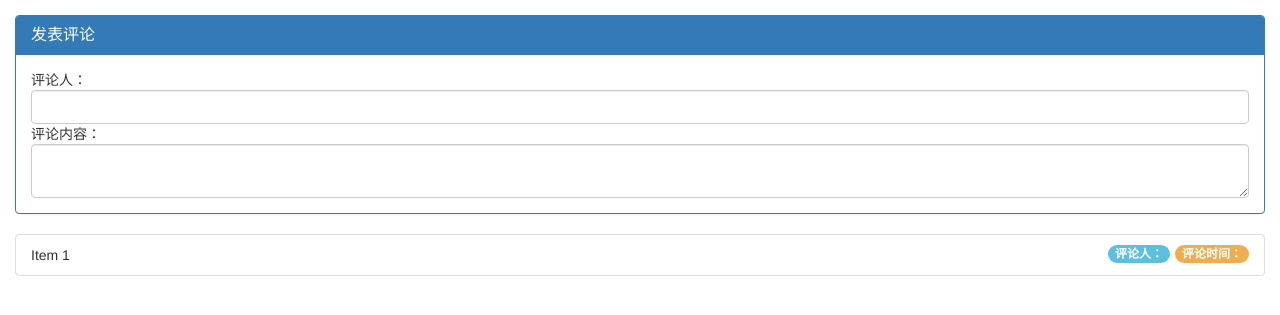
Repository: Bluesouls/eliauk.github.io
Page: Ajax学习笔记/day02/01案例-评论列表.html
The author's editor kept a copy of each file at every save. The page is drawn from the files as they stood at one save, then again after the next save.
The browser window is 1280 px wide. The pictures show the whole page.
The page's requests for data from a server got no answer. Some web libraries are served in a nearby version.

Above is the page before, as saved 2022-04-30 16:03:27.

### Ajax学习笔记/day02/01案例-评论列表.html
<!DOCTYPE html>
<html lang="en">

<head>
  <meta charset="UTF-8">
  <meta http-equiv="X-UA-Compatible" content="IE=edge">
  <meta name="viewport" content="width=device-width, initial-scale=1.0">
  <title>评论列表</title>
  <link rel="stylesheet" href="http://cdn.bootcss.com/bootstrap/3.3.4/css/bootstrap.min.css">
  <script src="https://apps.bdimg.com/libs/jquery/2.1.4/jquery.min.js"></script>
  <script src="./js/cmt.js"></script>
</head>

<body style="padding: 15px ">

  <div class="panel panel-primary">
    <div class="panel-heading">
      <h3 class="panel-title">发表评论</h3>
    </div>
    <div class="panel-body">
      <div>评论人：</div>
      <input type="text" class="form-control">
      <div>评论内容：</div>
      <textarea class="form-control"></textarea>
    </div>
  </div>

  <ul class="list-group">
    <li class="list-group-item">
      <span class="badge" style="background-color: #f0ad4e;">评论时间：</span>
      <span class="badge" style="background-color: #5bc0de;">评论人：</span>
      Item 1
    </li>
  </ul>

</body>

</html>

### Ajax学习笔记/day02/js/cmt.js
$(function () {

  function getCmtList() {
    $.get("http://www.liulongbin.top:3006/api/cmtlist", function (res) {
      // console.log(res)
      if (res.status === 200) {

      }
    })
  }

  getCmtList()
})

After the next save:
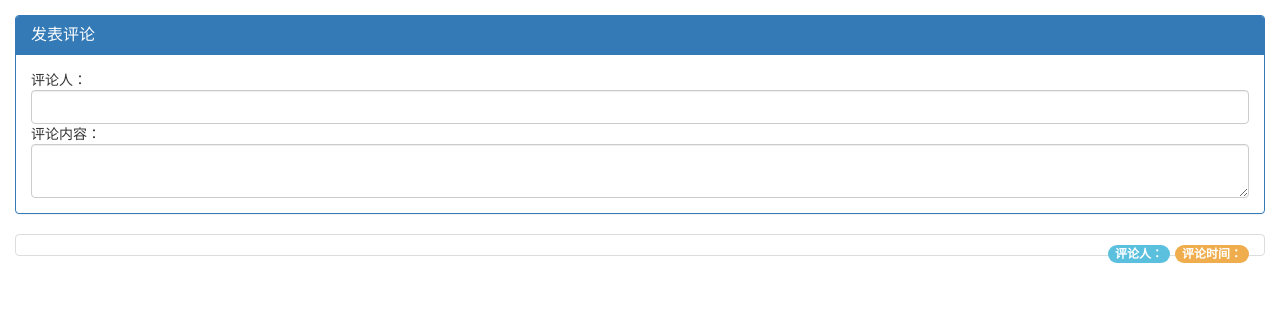
Saved 39 s later.
--- a/Ajax学习笔记/day02/01案例-评论列表.html
+++ b/Ajax学习笔记/day02/01案例-评论列表.html
@@ -29,7 +29,6 @@
     <li class="list-group-item">
       <span class="badge" style="background-color: #f0ad4e;">评论时间：</span>
       <span class="badge" style="background-color: #5bc0de;">评论人：</span>
-      Item 1
     </li>
   </ul>
 
